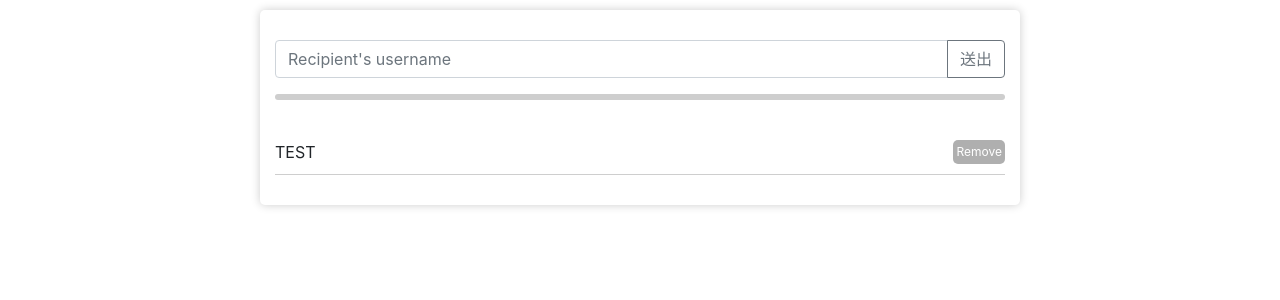
Repository: iian0910/vue3_todoList
Page: /
The author's editor kept a copy of each file at every save. The page is drawn from the files as they stood at one save, then again after the next save.
The browser window is 1280 px wide. The pictures show the whole page.
The project was rebuilt for these pictures with package versions that can differ from the ones it lists, and the page was loaded fresh each time.

Above is the page before, as saved 2021-02-23 16:50:09.

### src/App.vue
<template>
  <TodoList/>
</template>

<script lang="ts">
import { defineComponent } from 'vue'
import TodoList from './components/TodoList.vue'

export default defineComponent({
  name: 'App',
  components: {
    TodoList
  }
})
</script>

<style lang="scss">
@import './assets/scss/all';
</style>

### src/assets/scss/all.scss
@import '~bootstrap/scss/bootstrap.scss';
@import './helpers/variables';

### src/components/TodoList.vue
<template>
  <div class="container">
    <div class="row">
      <div class="col-8 offset-2 content">
        <!-- input 輸入框 -->
        <div class="input-group mb-3">
          <input
            type="text"
            class="form-control"
            placeholder="Recipient's username"
            v-model="newTodo">
          <div class="input-group-append">
            <button
              class="btn btn-outline-secondary"
              type="button"
              @click="addTodo">送出</button>
          </div>
        </div>
        <!---->

        <div class="segmentation"></div>

        <!-- List 展示 -->
        <ul class="list">
          <li class="list-item d-flex justify-content-between align-items-center" v-for="(todo, index) in todoList" :key="index">
            <label class="list-item-title m-0 p-0">{{todo.title}}</label>
            <div
              class="remove-list"
              @click="removeTodo(index)">Remove</div>
          </li>
        </ul>
        <!---->
      </div>
    </div>
  </div>
</template>
<script lang="ts">
import { onMounted, onUpdated, reactive, ref } from 'vue'

interface Todo {
  // eslint-disable-next-line @typescript-eslint/member-delimiter-style
  id: string
  // eslint-disable-next-line @typescript-eslint/member-delimiter-style
  title: string
}

export default {
  name: 'TodoList',
  setup () {
    // ref:
    // 可以接受「任何型態」的資料
    // 但是不會對「物件」或「陣列」內部的屬性變動做監聽

    // reactive
    // 「只接受」物件或陣列，可以做深層的監聽
    // 以及取得資料不需要 「.value」
    const newTodo = ref('')
    const todoList = reactive<Todo[]>([{
      id: '001',
      title: 'TEST'
    }])

    // methods
    function addTodo () {
      if (newTodo.value) {
        todoList.push({
          id: Math.floor(Date.now()).toString(),
          title: newTodo.value
        })
        const _todolist = JSON.stringify(todoList)
        localStorage.setItem('todoList', _todolist)
        newTodo.value = ''
      }
    }

    function removeTodo (idx: number) {
      console.log('index', idx)
      todoList.splice(idx, 1)
    }

    function getLocalData () {
      console.log('getLocalData')
    }

    // lifeCycle
    onMounted(() => {
      console.log('onMounted')
    })

    // return
    return {
      todoList,
      newTodo,
      addTodo,
      removeTodo,
      getLocalData
    }
  }
}
</script>

<style lang="scss">
.content{
  padding: 30px;
  margin: 10px auto;
  border-radius: 5px;
  box-shadow: 0px 0px 10px 0px rgba(0, 0, 0, 0.2);
}
.segmentation{
  margin-bottom: 30px;
  border-bottom: 6px solid rgb(206, 206, 206);
  border-radius: 3px;
}
.list{
  padding: 0;
  margin: 0;
  list-style: none;
}
.list-item{
  padding: 10px 0;
  margin-bottom: 0;
  border-bottom: 1px solid rgb(206, 206, 206);
}
.remove-list{
  padding: 3px;
  border-radius: 5px;
  background-color: rgb(175, 175, 175);
  font-size: 12px;
  color: white;
  cursor: pointer;
  &:hover{
    background-color: rgb(250, 75, 113);
  }
}
</style>

Loaded but not shown: public/index.html (common file); src/main.ts (common file); src/assets/scss/helpers/_variables.scss (1146 lines, source omitted)

After the next save:
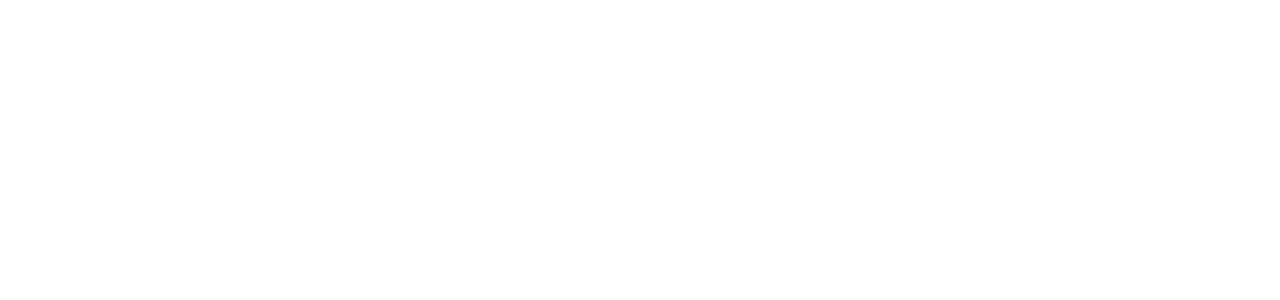
Console error: ReferenceError: getLocalData is not defined
Saved 2 min 54 s later.
--- a/src/components/TodoList.vue
+++ b/src/components/TodoList.vue
@@ -78,13 +78,12 @@
       todoList.splice(idx, 1)
     }
 
-    function getLocalData () {
-      console.log('getLocalData')
-    }
-
     // lifeCycle
     onMounted(() => {
       console.log('onMounted')
+      const data = localStorage.getItem('todoList')
+      console.log('data', data)
+      console.log('data-typeOf', typeof (data))
     })
 
     // return

After the save that followed:
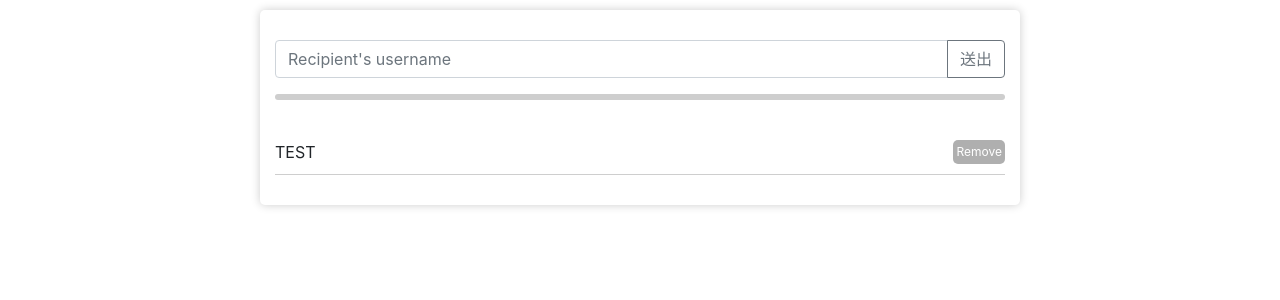
The error is gone.
Saved 9 s later.
--- a/src/components/TodoList.vue
+++ b/src/components/TodoList.vue
@@ -91,8 +91,7 @@
       todoList,
       newTodo,
       addTodo,
-      removeTodo,
-      getLocalData
+      removeTodo
     }
   }
 }
